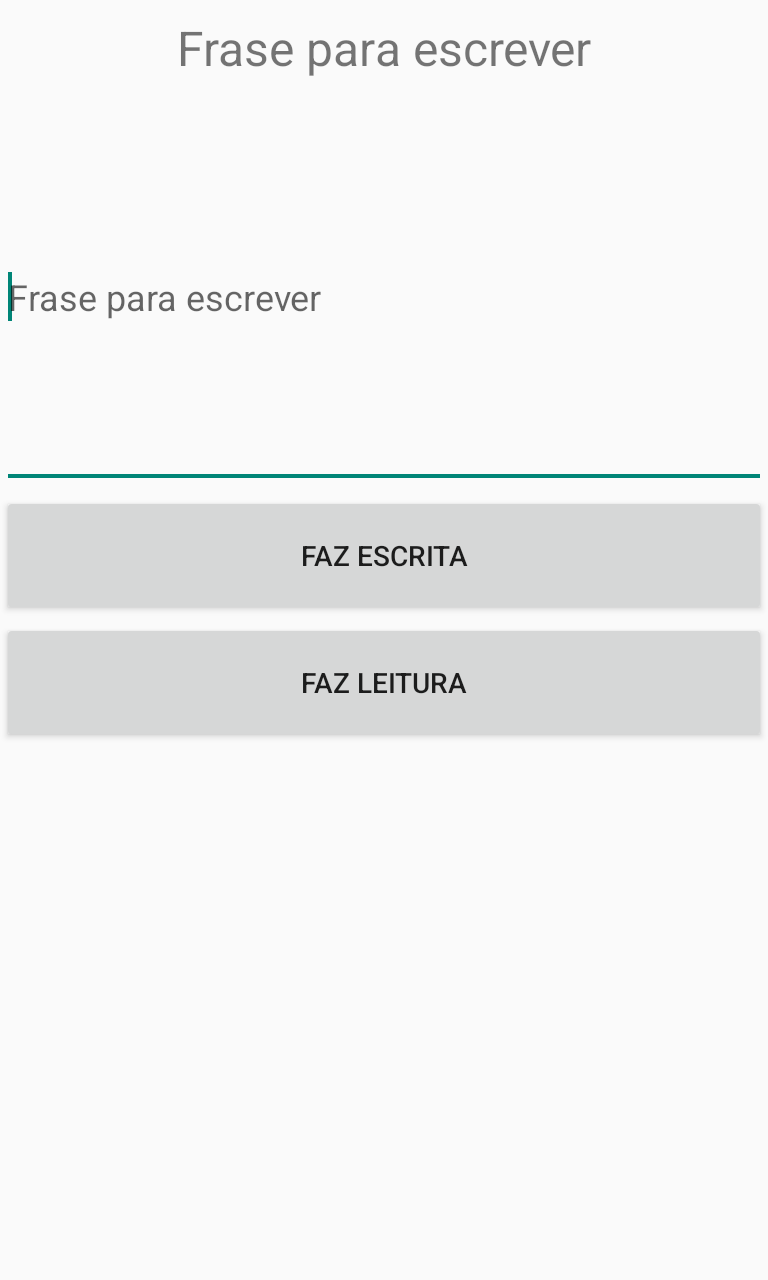
Repository: gokugohan/ddm
Layout: FileSystem1/res/layout/activity_main.xml
The author's editor kept a copy of each file at every save. The layout is drawn from the files as they stood at one save, then again after the next save.
It is drawn on a 768 x 1280 px phone screen (xhdpi) without system bars, with theme AppTheme; the app's code is not run.

Above is the layout before, as saved 2014-11-28 12:20:42.

After the next save:
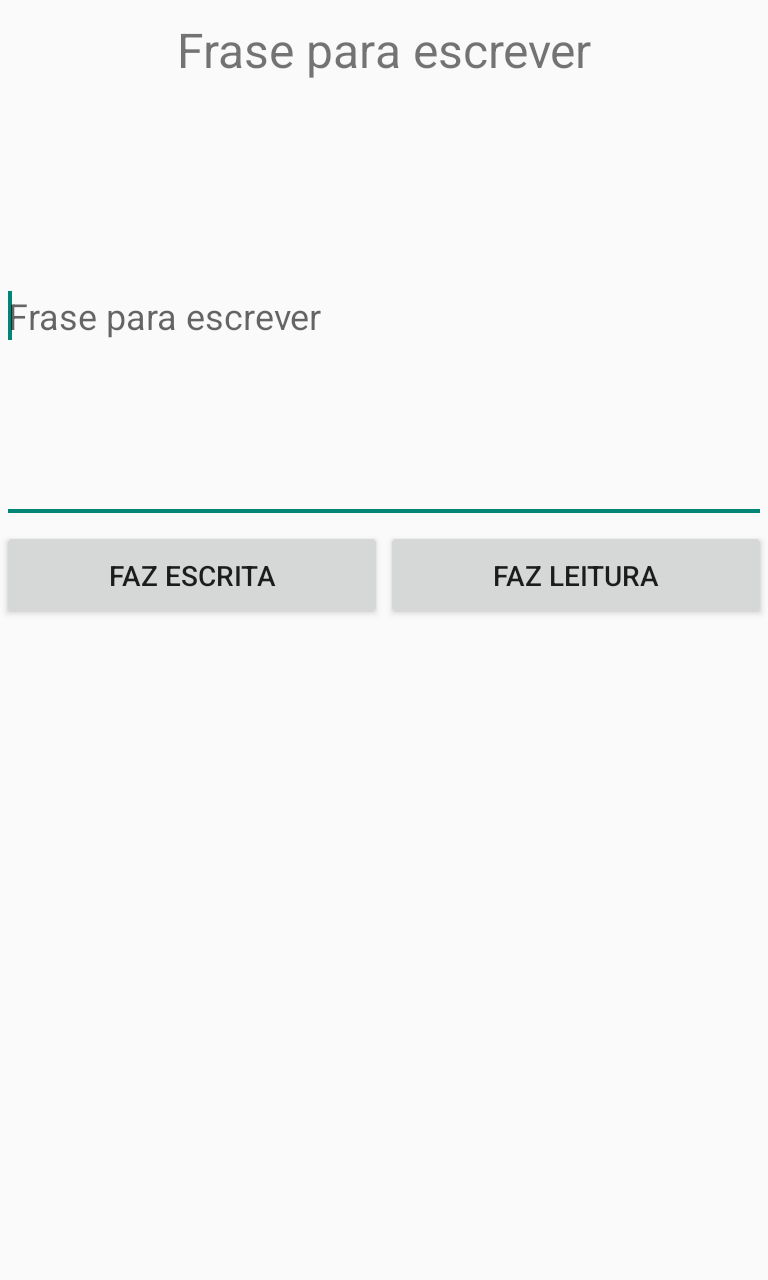
Saved 69 s later.
--- a/FileSystem1/res/layout/activity_main.xml
+++ b/FileSystem1/res/layout/activity_main.xml
@@ -26,7 +26,8 @@
         <requestFocus />
     </EditText>
 
-    <Button
+    <LinearLayout android:layout_width="match_parent"android:layout_height="wrap_content">
+        <Button
         android:id="@+id/id_btn_escrever"
         android:layout_width="match_parent"
         android:layout_height="wrap_content"
@@ -39,6 +40,8 @@
         android:layout_height="wrap_content"
         android:layout_weight="0.1"
         android:text="@string/str_faz_leitura" />
+    </LinearLayout>
+
 
     <ScrollView
         android:layout_width="match_parent"
